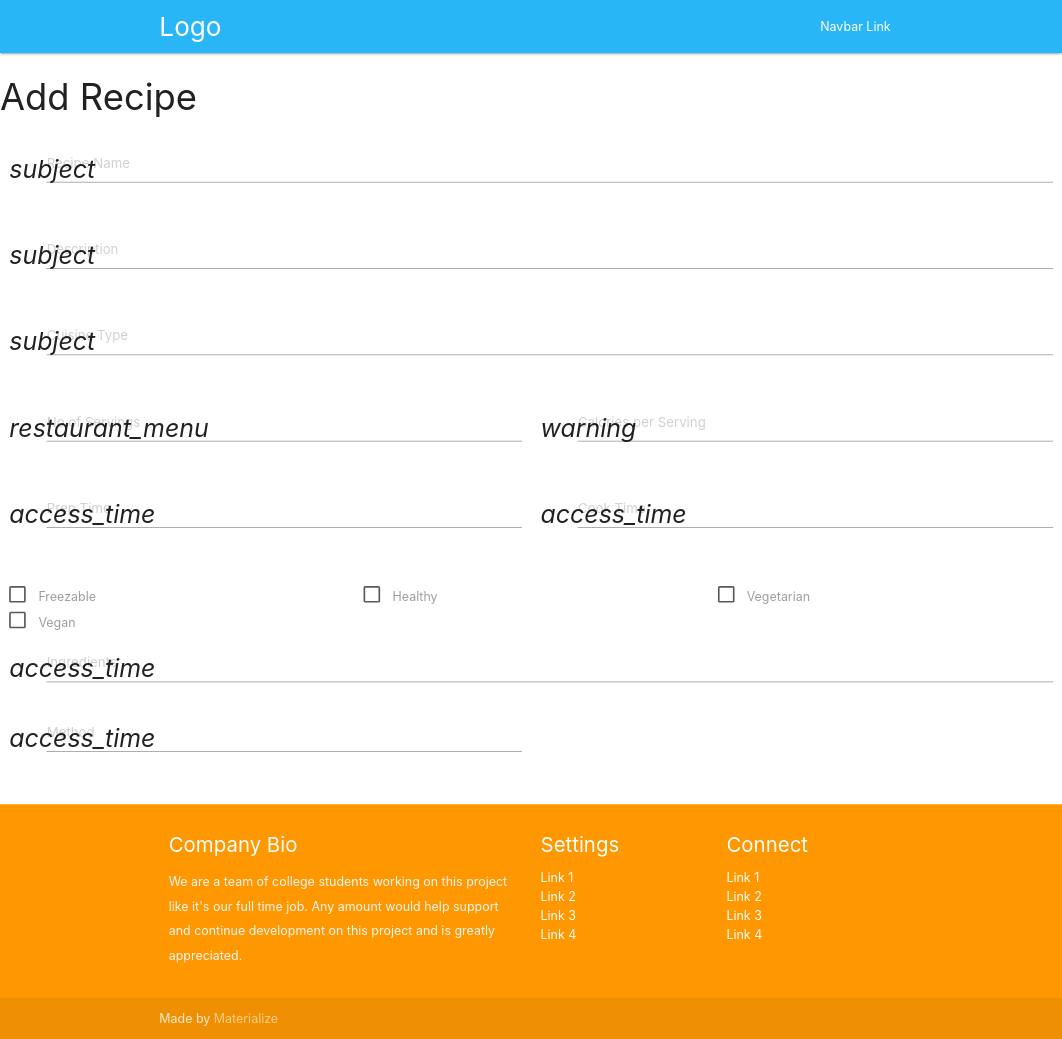
Repository: keefm6776/cookery-website
Page: templates/add_recipe.html
The author's editor kept a record of every edit. The page is drawn from the files as they stood at one moment, then again after the next edit.
The browser window is 1280 px wide. The pictures show the whole page, at 83% of full size.
The page is served by the project's application, run on Flask 3 (app.py). The template is opened directly, without the code that normally fills it, so the values that code supplies are empty.

Above is the page before.
Console error: ReferenceError: $ is not defined

### templates/add_recipe.html
{% extends 'base.html' %} {% block content %}

<h3>Add Recipe</h3>

<div class="row">
  <form action="" method="POST" class="col s12">
    <div class="row">
      <div class="input-field col s12">
        <i class="material-icons prefix">subject</i>
        <input placeholder="Recipe Name" id="recipe_name" name="recipe_name" type="text" class="validate">
      </div>
    </div>
    <div class="row">
      <div class="input-field col s12">
        <i class="material-icons prefix">subject</i>
        <input placeholder="Description" id="blurb" name="blurb" type="text" class="validate">
      </div>
    </div>
    <div class="row">
      <div class="input-field col s12">
        <i class="material-icons prefix">subject</i>
        <input placeholder="Cuisine Type" id="cuisine_type" name="cuisine_type" type="text" class="validate">
      </div>
    </div>
    <div class="row">
      <div class="input-field col s6">
        <i class="material-icons prefix">restaurant_menu</i>
        <input placeholder="No of Servings" id="servings" name="servings" type="text" class="validate">
      </div>
      <div class="input-field col s6">
        <i class="material-icons prefix">warning</i>
        <input placeholder="Calories per Serving" id="calories_per_serve" name="calories_per_serve" type="text" class="validate">
      </div>
    </div>

    <div class="row">
      <div class="input-field col s6">
        <i class="material-icons prefix">access_time</i>
        <input placeholder="Prep Time" id="prep_time" name="prep_time" type="text" class="validate">
      </div>
      <div class="input-field col s6">
        <i class="material-icons prefix">access_time</i>
        <input placeholder="Cook Time" id="cook_time" name="cook_time" type="text" class="validate">
      </div>
    </div>

    <div class="row">
      <div class="input-field col s4">

        <label>
          <input type="checkbox" id="isFreezable" class="filled-in"/>
          <span>Freezable</span>
        </label>
      </div>
      <div class="input-field col s4">
        <label>
          <input type="checkbox" id="isHealthy" class="filled-in"/>
          <span>Healthy</span>
        </label>
      </div>
      <div class="input-field col s4">
        <label>
          <input type="checkbox" id="isVegetarian" class="filled-in"/>
          <span>Vegetarian</span>
        </label>
      </div>

      <div class="input-field col s4">
        <label>
          <input type="checkbox" id="isVegan" class="filled-in"/>
          <span>Vegan</span>
        </label>
      </div>

    </div>


    <div class="row">
      <div class="input-field col s12">
        <i class="material-icons prefix">access_time</i>
        <input placeholder="Ingredients" id="ingredients" name="ingredients" type="text" class="validate">
      </div>
      <div class="input-field col s6">
        <i class="material-icons prefix">access_time</i>
        <input placeholder="Method" id="method" name="method" type="text" class="validate">
      </div>
    </div>


  </form>
</div>

{% endblock %}




<p>{{recipe.difficulty}}</p>

### templates/base.html
<!DOCTYPE html>
<html lang="en">

<head>
  <meta http-equiv="Content-Type" content="text/html; charset=UTF-8" />
  <meta name="viewport" content="width=device-width, initial-scale=1" />
  <title>Cookbook Website</title>

  <!--Load links to CSS files for materialize and my own-->
  <link rel="stylesheet" href="{{url_for('static', filename='css/style.css')}}" type="text/css">
  <link rel="stylesheet" href="{{url_for('static', filename='css/materialize.min.css')}}" type="text/css">
</head>

<body>

<nav class="light-blue lighten-1" role="navigation">
    <div class="nav-wrapper container"><a id="logo-container" href="#" class="brand-logo">Logo</a>
      <ul class="right hide-on-med-and-down">
        <li><a href="#">Navbar Link</a></li>
      </ul>

      <ul id="nav-mobile" class="sidenav">
        <li><a href="#">Navbar Link</a></li>
      </ul>
      <a href="#" data-target="nav-mobile" class="sidenav-trigger"><i class="material-icons">menu</i></a>
    </div>
  </nav>

  {% block content %}

  {% endblock %}

  <footer class="page-footer orange">
    <div class="container">
      <div class="row">
        <div class="col l6 s12">
          <h5 class="white-text">Company Bio</h5>
          <p class="grey-text text-lighten-4">We are a team of college students working on this project like it's our full time job. Any amount would help support and continue development on this project and is greatly appreciated.</p>


        </div>
        <div class="col l3 s12">
          <h5 class="white-text">Settings</h5>
          <ul>
            <li><a class="white-text" href="#!">Link 1</a></li>
            <li><a class="white-text" href="#!">Link 2</a></li>
            <li><a class="white-text" href="#!">Link 3</a></li>
            <li><a class="white-text" href="#!">Link 4</a></li>
          </ul>
        </div>
        <div class="col l3 s12">
          <h5 class="white-text">Connect</h5>
          <ul>
            <li><a class="white-text" href="#!">Link 1</a></li>
            <li><a class="white-text" href="#!">Link 2</a></li>
            <li><a class="white-text" href="#!">Link 3</a></li>
            <li><a class="white-text" href="#!">Link 4</a></li>
          </ul>
        </div>
      </div>
    </div>
    <div class="footer-copyright">
      <div class="container">
      Made by <a class="orange-text text-lighten-3" href="http://materializecss.com">Materialize</a>
      </div>
    </div>
  </footer>



  <!--JavaScript at end of body for optimized loading-->
  <script type="text/javascript" src="{{url_for('static', filename='js/init.js')}}"></script>
  <script type="text/javascript" src="{{url_for('static', filename='js/materialize.min.js')}}"></script>
  <script type="text/javascript" src="{{url_for('static', filename='js/jquery.js')}}"></script>
</body>



<footer>

</footer>

</html>

### app.py
import os
from flask import Flask, render_template, redirect, request, url_for
from flask_pymongo import PyMongo
from bson.objectid import ObjectId

app = Flask(__name__)
app.config["MONGO_DBNAME"] = 'cookbook'
app.config["MONGO_URI"] = 'mongodb+srv://root:31Wirpbj6677@cookery-website-xysxa.mongodb.net/cookbook?retryWrites=true&w=majority'

mongo = PyMongo(app)

@app.route('/')
@app.route('/get_recipes')
def get_recipes():
    return render_template("recipes.html", recipes=mongo.db.recipes.find())

@app.route('/add_recipe')
def add_recipe():
    return render_template("add_recipe.html")

if __name__ == '__main__':
    app.run(host=os.environ.get('IP'),
            port=int(os.environ.get('PORT')),
            debug=True)

### static/css/style.css
/* Custom Stylesheet */
/**
 * Use this file to override Materialize files so you can update
 * the core Materialize files in the future
 *
 * Made By MaterializeCSS.com
 */

nav ul a,
nav .brand-logo {
  color: #444;
}

p {
  line-height: 2rem;
}

.sidenav-trigger {
  color: #26a69a;
}

.parallax-container {
  min-height: 380px;
  line-height: 0;
  height: auto;
  color: rgba(255,255,255,.9);
}
  .parallax-container .section {
    width: 100%;
  }

@media only screen and (max-width : 992px) {
  .parallax-container .section {
    position: absolute;
    top: 40%;
  }
  #index-banner .section {
    top: 10%;
  }
}

@media only screen and (max-width : 600px) {
  #index-banner .section {
    top: 0;
  }
}

.icon-block {
  padding: 0 15px;
}
.icon-block .material-icons {
  font-size: inherit;
}

footer.page-footer {
  margin: 0;
}

### static/js/init.js
(function($){
  $(function(){

    $('.sidenav').sidenav();
    $('.parallax').parallax();


  });
  });


   $(document).ready(function(){
    $('.carousel').carousel();
  });

Loaded but not shown: static/css/materialize.min.css (library); static/js/materialize.min.js (library); static/js/jquery.js (library)

After the next edit:
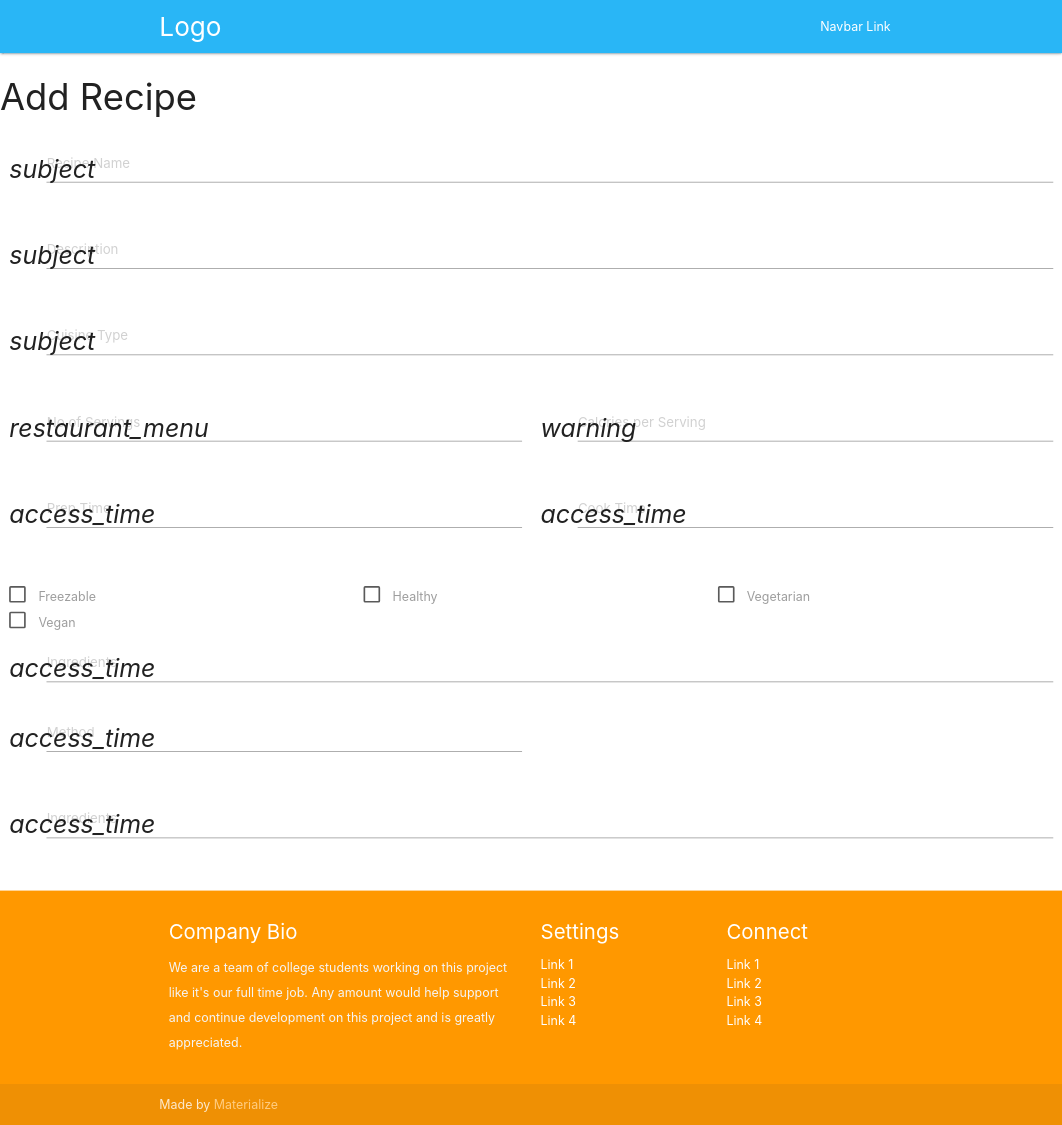
The edit:
--- a/templates/add_recipe.html
+++ b/templates/add_recipe.html
@@ -86,6 +86,14 @@
       </div>
     </div>
 
+    <div class="row">
+      <div class="input-field col s12">
+        <i class="material-icons prefix">access_time</i>
+        <input placeholder="Ingredients" id="ingredients" name="ingredients" type="text" class="validate">
+      </div>
+    </div>
+
+
 
   </form>
 </div>
